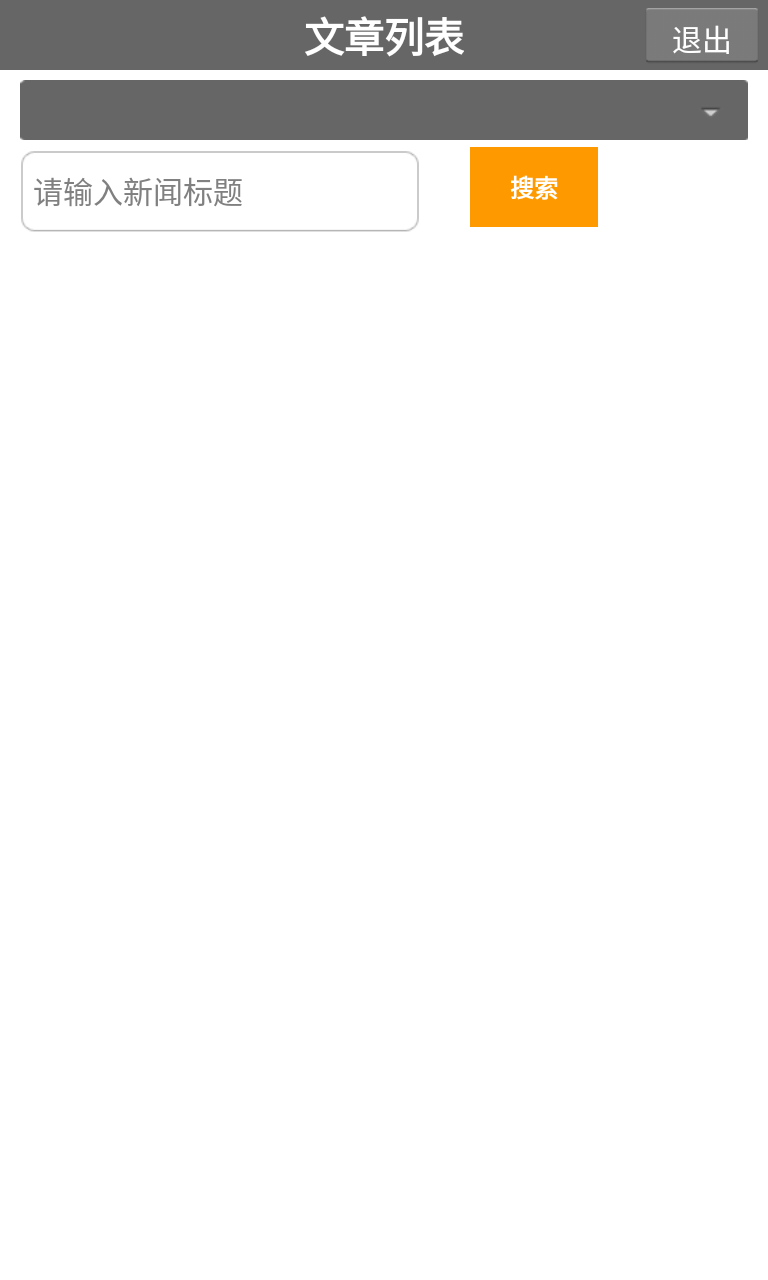
Repository: sxuu0018/undergraduate_project
Layout: Folder/Folder/Folder/重要的内容/2015124013_徐思加_星聊社交软件（android）的设计与实现/最后的备份/移动端/workspace-app/xingliao_app/res/layout/news.xml
An editor plug-in stored every save of this project. The layout is shown before and after the next save, followed by the edit.
It is drawn on a 768 x 1280 px phone screen (xhdpi) without system bars, with theme AppTheme; the app's code is not run. Lists and similar views that code fills are empty.

Above is the layout before, as saved 2019-04-25 09:20:33.

### Folder/Folder/Folder/重要的内容/2015124013_徐思加_星聊社交软件（android）的设计与实现/最后的备份/移动端/workspace-app/xingliao_app/res/layout/news.xml
<LinearLayout xmlns:android="http://schemas.android.com/apk/res/android"
    	android:layout_width="match_parent"
   		android:layout_height="match_parent"
    	android:orientation="vertical" >

    <!-- 头部 -->
		<RelativeLayout
        android:id="@+id/main_RelativeLayout01"
        android:layout_width="fill_parent"
        android:layout_height="35dp"
        android:background="@drawable/top_bg"
        android:layout_alignParentTop="true"
        android:orientation="horizontal"
        >

        <TextView
            android:layout_width="wrap_content"
            android:layout_height="wrap_content"
            android:layout_centerInParent="true"
            android:textSize="20sp"
            android:textStyle="bold"
            android:textColor="#ffffff"
            android:text="文章列表"
           />


        <Button
            android:layout_width="wrap_content"
            android:layout_height="wrap_content"
            android:layout_alignParentRight="true"
            android:layout_centerVertical="true"
            android:layout_marginRight="1dip"
            android:textColor="#ffffff"
            android:textSize="15sp"
            android:text="退出"
            android:onClick="loginout_system"
            />


    	</RelativeLayout>

		<include
        android:id="@+id/spinner_down_nearby"
        layout="@layout/spinner_down" />


		<LinearLayout
	    android:orientation="horizontal"
	    android:layout_width="fill_parent"
	    android:layout_height="wrap_content"
	    android:focusable="true"
		android:focusableInTouchMode="true"
	    >


		 <EditText
	    android:id="@+id/search_keyword"
	    android:layout_width="200dp"
	    android:layout_height="wrap_content"
	    android:layout_below="@+id/login_top_layout"
	    android:textColor="#000"
	    android:textSize="15sp"
	    android:layout_marginTop="5dp"
	    android:layout_marginLeft="10dp"
	    android:layout_marginRight="10dp"
	    android:singleLine="true"
	    android:background="@drawable/login_editbox"
	    android:hint="请输入新闻标题"/>



   		<Button
   		android:id="@+id/dingcan_search_btn"
        android:layout_width="wrap_content"
        android:layout_height="40dp"
        android:layout_marginTop="3dp"
        android:layout_marginLeft="15dp"
        android:background="#FF9900"
        android:textColor="#ffffff"
        android:textSize="12dp"
        android:textStyle="bold"
        android:onClick="search_system"
        android:text="搜索" />



     </LinearLayout>





     <ListView
        android:id="@+id/newsListView"
        android:layout_width="fill_parent"
        android:layout_height="fill_parent"
        android:cacheColorHint="#f5f5f5"
        android:divider="@drawable/cart_listview_gap"
        android:drawSelectorOnTop="false"
        android:listSelector="#00000000"
        android:fadingEdge="none" />



</LinearLayout>

### Folder/Folder/Folder/重要的内容/2015124013_徐思加_星聊社交软件（android）的设计与实现/最后的备份/移动端/workspace-app/xingliao_app/res/values/styles.xml
<resources>

    <style name="main_tab_bottom">
        <item name="android:gravity">center</item>
        <item name="android:paddingTop">15dp</item>
        <item name="android:layout_width">match_parent</item>
        <item name="android:layout_height">match_parent</item>
        <item name="android:button">@null</item>
        <item name="android:layout_weight">1.0</item>
    </style>

    <style name="normalText" parent="@android:style/TextAppearance">
        <item name="android:textColor">#444</item>
        <item name="android:textSize">14sp</item>
    </style>


    <style name="some_used">
        <item name="android:layout_marginTop">10dip</item>
        <item name="android:layout_marginLeft">10dip</item>
        <item name="android:layout_marginRight">10dip</item>
        <item name="android:layout_marginBottom">10dip</item>
    </style>

    <style name="nearby_spinner_style">
        <item name="android:layout_width">0.0dip</item>
        <item name="android:layout_height">wrap_content</item>
        <item name="android:background">@null</item>
        <item name="android:layout_marginTop">6dip</item>
        <item name="android:layout_weight">1.0</item>
    </style>

    <style name="AppBaseTheme" parent="android:Theme.Light">
        <!--
            Theme customizations available in newer API levels can go in
            res/values-vXX/styles.xml, while customizations related to
            backward-compatibility can go here.
        -->
    </style>

    <!-- Application theme. -->
    <style name="AppTheme" parent="AppBaseTheme">
        <!-- All customizations that are NOT specific to a particular API-level can go here. -->
    </style>

</resources>

### Folder/Folder/Folder/重要的内容/2015124013_徐思加_星聊社交软件（android）的设计与实现/最后的备份/移动端/workspace-app/xingliao_app/res/layout/spinner_down.xml
<?xml version="1.0" encoding="utf-8"?>
<LinearLayout xmlns:android="http://schemas.android.com/apk/res/android"
    android:layout_width="fill_parent"
    android:layout_height="30dip"
    android:layout_marginLeft="10dip"
    android:layout_marginRight="10dip"
    android:layout_marginTop="5dip"
    android:background="@drawable/filter_bg"
    android:orientation="horizontal" >

    <Spinner
        android:id="@+id/name_sel_spinner"
        style="@style/nearby_spinner_style" />

</LinearLayout>

Loaded but not shown: Folder/Folder/Folder/重要的内容/2015124013_徐思加_星聊社交软件（android）的设计与实现/最后的备份/移动端/workspace-app/xingliao_app/res/values-v11/styles.xml (common file); Folder/Folder/Folder/重要的内容/2015124013_徐思加_星聊社交软件（android）的设计与实现/最后的备份/移动端/workspace-app/xingliao_app/res/values-v14/styles.xml (common file); Folder/Folder/Folder/重要的内容/2015124013_徐思加_星聊社交软件（android）的设计与实现/最后的备份/移动端/workspace-app/xingliao_app/res/drawable/login_editbox.xml (common file)

After the next save:
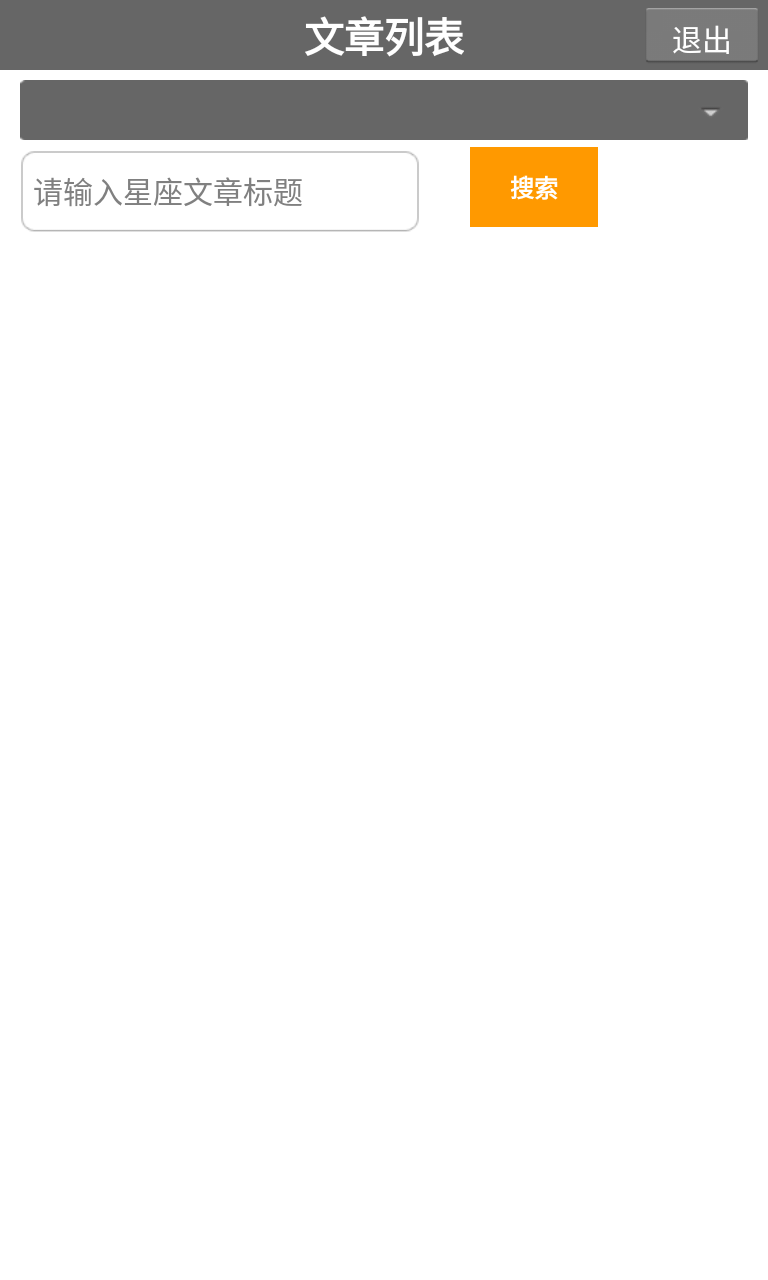
Saved 24 h 45 min later.
--- a/Folder/Folder/Folder/重要的内容/2015124013_徐思加_星聊社交软件（android）的设计与实现/最后的备份/移动端/workspace-app/xingliao_app/res/layout/news.xml
+++ b/Folder/Folder/Folder/重要的内容/2015124013_徐思加_星聊社交软件（android）的设计与实现/最后的备份/移动端/workspace-app/xingliao_app/res/layout/news.xml
@@ -65,7 +65,7 @@
 	    android:layout_marginRight="10dp"
 	    android:singleLine="true"
 	    android:background="@drawable/login_editbox"
-	    android:hint="请输入新闻标题"/>
+	    android:hint="请输入星座文章标题"/>
 
 
 
